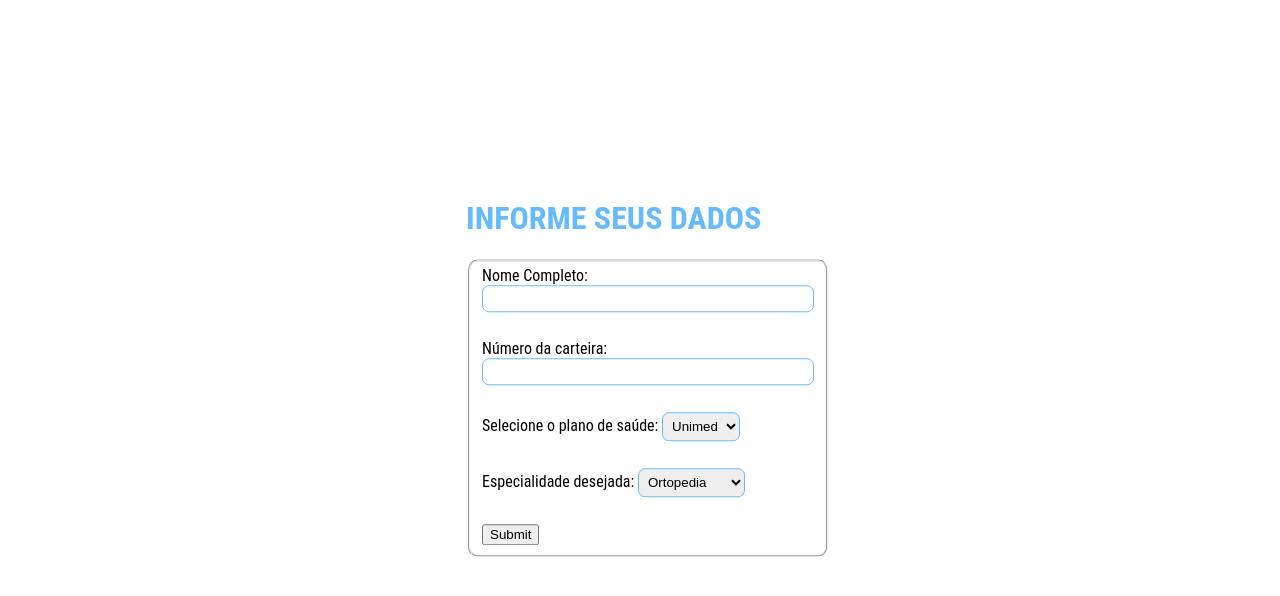
Repository: ohenriquesouza/HospitalCRUD-using-JavaEE
Page: JSP_test/src/main/webapp/novaConsulta.html
The author's editor kept a copy of each file at every save. The page is drawn from the files as they stood at one save, then again after the next save.
The browser window is 1280 px wide. The pictures show the whole page.
Some web fonts or font styles are not loaded; a fallback is used.

Above is the page before, as saved 2022-12-27 16:35:51.

### JSP_test/src/main/webapp/novaConsulta.html
<!DOCTYPE html>
<html lang = "pt-br">
    <head>
        <meta charset="UTF-8">
        <meta http-equiv="X-UA-Compatible" content="IE=edge">
        <meta name="viewport" content="width=device-width, initial-scale=1.0">
        <title>Nova Consulta</title>
        <link rel="stylesheet" href="style.css">
        <style>
            fieldset{
                border-radius: 10px;
            }
            .input_name{
            	width: 320px;
            	padding: 5px;
            	margin-bottom: 8px;
            	border: 1px solid #66bbff;
            	border-radius: 7px;
            }
            .input_nmCarteira{
            	width: 320px;
            	padding: 5px;
            	margin-bottom: 8px;
            	border: 1px solid #66bbff;
            	border-radius: 7px;
            }
             .input_plano{
            	padding: 5px;
            	margin-bottom: 8px;
            	border: 1px solid #66bbff;
            	border-radius: 7px;
            }
             .input_espec{
            	padding: 5px;
            	margin-bottom: 8px;
            	border: 1px solid #66bbff;
            	border-radius: 7px;
            }

        </style>
    </head>
    <body>
        <div class="box">
        	<h1>INFORME SEUS DADOS</h1>
            <form action="">
                <fieldset>
                    <div class="input_box">
                        <label for="nome">Nome Completo:</label>
                        <input type="text" name="nome" id="nome" class="input_name" required></input>
                    </div>
                    <br>
	                <div class="input_box">
                        <label for="NmCarteira">Número da carteira:</label>
                        <input type="number" name="NmCarteira" id="NmCarteira" class="input_nmCarteira" required></input>
                    </div>
                    <br>
                     <div class="input_box">
                        <label for="">Selecione o plano de saúde:</label>
						<select name="plan" id="plan" form="" class="input_plano">
						  <option value="ortopedia">Unimed</option>
						  <option value="pediatria">Amil</option>
						  <option value="clinica">GNDI</option>
						</select>
                    </div>
                    <br>
                    <div class="input_box">
                        <label for="">Especialidade desejada:</label>
						<select name="especs" id="especs" form="" class="input_espec">
						  <option value="ortopedia">Ortopedia</option>
						  <option value="pediatria">Pediatria</option>
						  <option value="clinica">Clínica geral</option>
						</select>
                    </div>
                    <br>
                    <input type="submit"></input>
                </fieldset>
            </form>
        </div>
    </body>
</html>

### JSP_test/src/main/webapp/style.css
@charset "utf-8";
@import url('https://fonts.googleapis.com/css2?family=Roboto+Condensed:wght@300&display=swap');
body{
    position: absolute;
    top: 50%;
    left: 50%;
    transform: translate(-50%, -50%);
	font-size: 1em;
	font-weight: 400;
	font-family: 'Roboto Condensed', sans-serif;
}
h1{
	color: #66bbff;
}
.botao1{
	text-decoration: none;
	background-color: #66bbff;
	padding: 5px 10px 5px 10px;
	color: #fff;
	font-size: 1.2em;
	font-weight: 700;
	border-radius: 8px;
	cursor: pointer;
}
 .box{
                position: absolute;
                top: 50%;
                left: 50%;
                transform: translate(-50%, -50%);
                padding: 15px;
                border-radius: 10px;
}

After the next save:
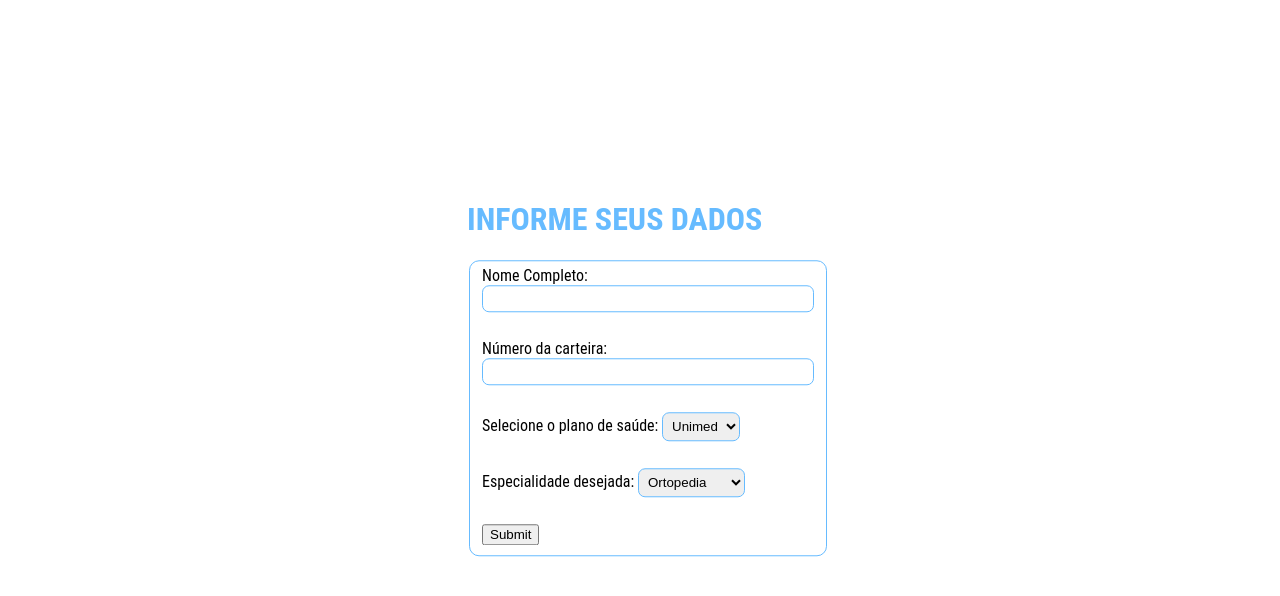
Saved 46 s later.
--- a/JSP_test/src/main/webapp/novaConsulta.html
+++ b/JSP_test/src/main/webapp/novaConsulta.html
@@ -9,6 +9,7 @@
         <style>
             fieldset{
                 border-radius: 10px;
+                border: 1px solid #66bbff;
             }
             .input_name{
             	width: 320px;
